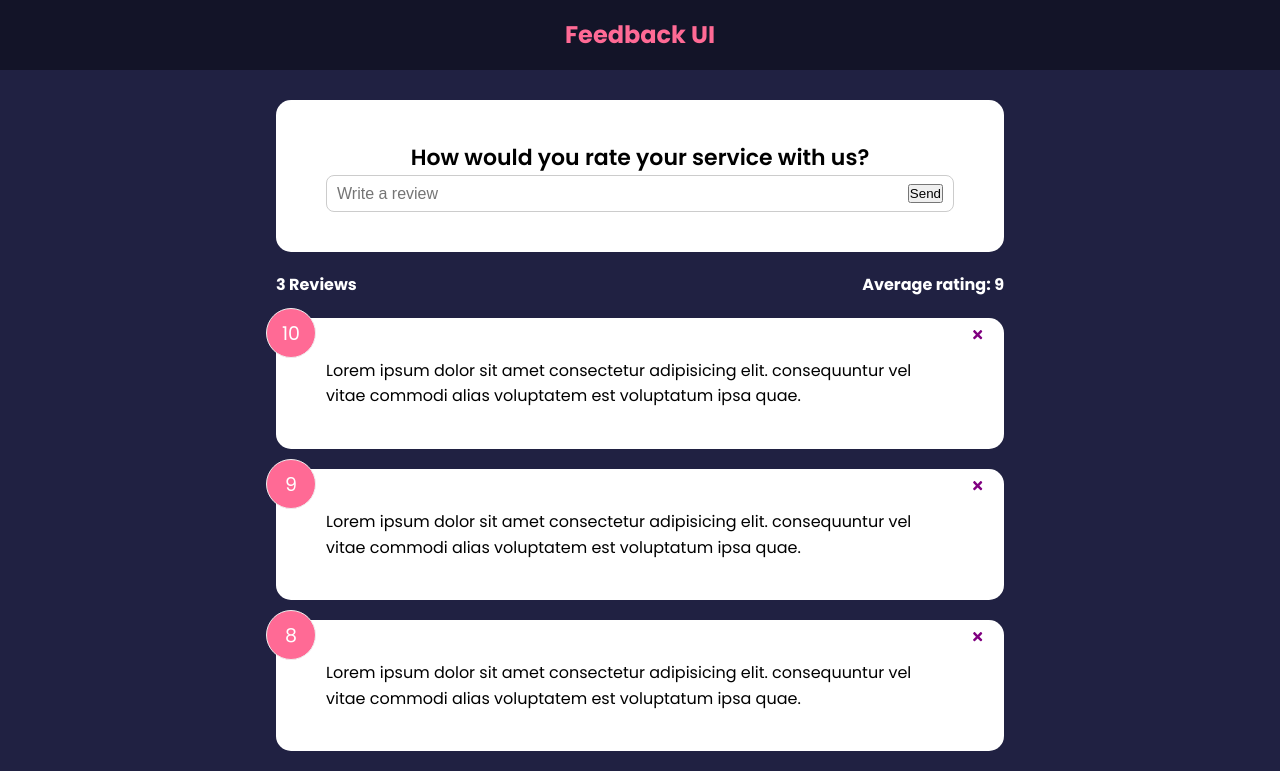
Repository: ErminiaDev/Feedback-app
Page: /
The author's editor kept a copy of each file at every save. The page is drawn from the files as they stood at one save, then again after a run of saves.
The browser window is 1280 px wide. The pictures show the whole page.
The project was rebuilt for these pictures with package versions that can differ from the ones it lists, and the page was loaded fresh each time.

Above is the page before, as saved 2023-02-08 16:26:49.

### public/index.html
<!DOCTYPE html>
<html lang="en">
  <head>
    <meta charset="utf-8" />
    <link rel="icon" href="%PUBLIC_URL%/favicon.ico" />
    <meta name="viewport" content="width=device-width, initial-scale=1" />
    <meta name="theme-color" content="#000000" />
    <meta
      name="description"
      content="Web site created using create-react-app"
    />
    <link rel="apple-touch-icon" href="%PUBLIC_URL%/logo192.png" />
    <link rel="manifest" href="%PUBLIC_URL%/manifest.json" />
    <title>Feedback-app</title>
  </head>
  <body>
    <noscript>You need to enable JavaScript to run this app.</noscript>
    <div id="root"></div>
  </body>
</html>

### src/index.js
import React from 'react'
import ReactDOM from 'react-dom'
import './index.css'
import App from './App'

ReactDOM.render(
	<React.StrictMode>
		<App />
	</React.StrictMode>,
document.getElementById('root')
)

### src/index.css
@import url('https://fonts.googleapis.com/css2?family=Poppins:wght@400;600;700&display=swap');

* {
  box-sizing: border-box;
  margin: 0;
  padding: 0;
}

body {
  font-family: 'Poppins', sans-serif;
  background-color: #202142;
  color: #fff;
  line-height: 1.6;
}

ul {
  list-style: none;
}

.container {
  max-width: 768px;
  margin: auto;
  padding: 0 20px;
}

header {
  height: 70px;
  width: 100%;
  display: flex;
  justify-content: space-between;
  align-items: center;
  margin-bottom: 30px;
}

.card {
  background-color: #fff;
  color: #333;
  border-radius: 15px;
  padding: 40px 50px;
  margin: 20px 0;
  position: relative;
}

.card.reverse {
  background-color: rgba(0, 0, 0, 0.4);
  color: #fff;
}

.card h2 {
  font-size: 22px;
  font-weight: 600;
  text-align: center;
}

.rating {
  display: flex;
  align-items: center;
  justify-content: space-around;
  margin: 30px 0 40px;
}

.rating li,
.num-display {
  position: relative;
  background: #f4f4f4;
  width: 50px;
  height: 50px;
  padding: 10px;
  text-align: center;
  border-radius: 50%;
  font-size: 19px;
  border: 1px #eee solid;
  transition: 0.3s;
}

.rating li label {
  position: absolute;
  top: 50%;
  left: 50%;
  width: 50px;
  height: 50px;
  padding: 10px;
  border-radius: 50%;
  transform: translate(-50%, -50%);
  cursor: pointer;
}

.rating li:hover,
.num-display {
  background: #ff6a95;
  color: #fff;
}

[type='radio'] {
  opacity: 0;
}

[type='radio']:checked ~ label {
  background: #ff6a95;
  color: #fff;
}

.input-group {
  display: flex;
  flex-direction: row;
  border: 1px solid #ccc;
  padding: 8px 10px;
  border-radius: 8px;
}

input {
  flex-grow: 2;
  border: none;
  font-size: 16px;
}

input:focus {
  outline: none;
}

.feedback-stats {
  color: #fff;
  display: flex;
  justify-content: space-between;
  align-items: center;
}

.num-display {
  position: absolute;
  top: -10px;
  left: -10px;
}

.close,
.edit {
  position: absolute;
  top: 10px;
  right: 20px;
  cursor: pointer;
  background: none;
  border: none;
}

.edit {
  right: 40px;
}

.btn {
  color: #fff;
  border: 0;
  border-radius: 8px;
  color: #fff;
  width: 100px;
  height: 40px;
  cursor: pointer;
}

.btn-primary {
  background-color: #202142;
}

.btn-secondary {
  background: #ff6a95;
}

.btn:hover {
  transform: scale(0.98);
  opacity: 0.9;
}

.btn:disabled {
  background-color: #cccccc;
  color: #333;
  cursor: auto;
}

.btn:disabled:hover {
  transform: scale(1);
  opacity: 1;
}

.message {
  padding-top: 10px;
  text-align: center;
  color: rebeccapurple;
}

/* FIX: Remove position: absolute to keep about icon at the bottom of the
 * document */
.about-link {
  display: flex;
  justify-content: flex-end;
}

/* FIX: Remove position: absolute to keep about icon at the bottom of the
 * document */
.about-link a {
  color: #fff;
  cursor: pointer;
}

.about-link a:hover {
  color: #ff6a95;
}

.about h1 {
  margin-bottom: 20px;
}

.about p {
  margin: 10px 0;
}

@media (max-width: 600px) {
  .rating li {
	margin: 10px 3px;
  }

  .rating {
	display: flex;
	align-items: center;
	justify-content: center;
	flex-wrap: wrap;
	margin: 30px 0 40px;
  }

  .input-group input {
	width: 80%;
  }
}

### src/App.js
import { useState } from "react";
import Header from "./components/header";
import FeedbackList from "./components/FeedbackList";
import FeedbackData from "./data/FeedbackData";
import FeedbackStats from "./components/FeedbackStats";
import FeedbackForm from "./components/FeedbackForm";

function App() {
	const [feedback, setFeedback] = useState(FeedbackData)

	const deleteFeedback = (id) => {
		if(window.confirm('Are you sure you want to delete?'))
		setFeedback(feedback.filter((item) => item.id !== id))
	}

	return (
		<>
			<Header />
			<div className="container">
				<FeedbackForm />
				<FeedbackStats feedback={feedback}/>
				<FeedbackList
				feedback={feedback}
				handleDelete={deleteFeedback}
				/>
			</div>
		</>

	)
}

export default App;

### src/components/header.jsx
import PropTypes from 'prop-types'

const Header = ({ text, bgColor, textColor }) => {
	const headerStyles = {
		backgroundColor: bgColor,
		color: textColor
	}

	return (
		<header style={headerStyles}>
			<div className="container">
				<h2>{text}</h2>
			</div>
		</header>
	)
}

Header.defaultProps = {
	text: 'Feedback UI',
	bgColor: 'rgba(0,0,0,0.4)',
	textColor: '#ff6a95',
}

Header.propTypes = {
	text: PropTypes.string,
	bgColor: PropTypes.string,
	textColor: PropTypes.string,
}

export default Header

### src/components/FeedbackList.jsx
import PropTypes from 'prop-types'
import FeedbackItem from "./FeedbackItem"

const FeedbackList = ({ feedback, handleDelete }) => {
	if (!feedback || feedback.length === 0) {
		return <p>No Feedback Yet</p>
	}

	return (
		<div classname='feedback-list'>
			{feedback.map((item) => (
				<FeedbackItem
				key={item.id}
				item={item}
				handleDelete={handleDelete}
				/>
			))}
		</div>
	)
}

FeedbackList.propTypes = {
	feedback: PropTypes.arrayOf(
		PropTypes.shape({
			id: PropTypes.number.isRequired,
			text: PropTypes.string.isRequired,
			rating: PropTypes.number.isRequired,
		})
	)
}

export default FeedbackList

### src/data/FeedbackData.js
const FeedbackData = [
  {
	id: 1,
	rating: 10,
	text: 'Lorem ipsum dolor sit amet consectetur adipisicing elit. consequuntur vel vitae commodi alias voluptatem est voluptatum ipsa quae.',
  },
  {
	id: 2,
	rating: 9,
	text: 'Lorem ipsum dolor sit amet consectetur adipisicing elit. consequuntur vel vitae commodi alias voluptatem est voluptatum ipsa quae.',
  },
  {
	id: 3,
	rating: 8,
	text: 'Lorem ipsum dolor sit amet consectetur adipisicing elit. consequuntur vel vitae commodi alias voluptatem est voluptatum ipsa quae.',
  },
]

export default FeedbackData;

### src/components/FeedbackStats.jsx
import PropTypes from 'prop-types'
import { FaPaintBrush } from 'react-icons/fa'

const FeedbackStats = ({ feedback }) => {
  	//Calculates rating average
	//reduce() loops through the array and has 2 args, the accumulator and current
	//starts with the specified num and adds current value, etc basically returning a sum of all el
	let average = feedback.reduce((acc, cur) => {
		return acc + cur.rating
	}, 0) / feedback.length

	//1 decimal but not displaying .0
	average = average.toFixed(1).replace(/[.,]0$/, '')

  	return (
		<div className="feedback-stats">
			<h4>{feedback.length} Reviews</h4>
			<h4>Average rating: {isNaN(average) ? 0 : average}</h4>
		</div>
  	)
}

FeedbackStats.propTypes = {
	feedback: PropTypes.array.isRequired,
}


export default FeedbackStats

### src/components/FeedbackForm.jsx

import Card from './shared/Card'
import Button from './shared/Button'
import { useState } from 'react'
import PropTypes from 'prop-types'

const FeedbackForm = props => {
	const [text, setText] = useState("")

	const handleTextChange = (e) => {
		setText(e.target.value)
	}

  	return (
		<Card>
			<form>
				<h2>How would you rate your service with us?</h2>
				{/* @todo - rating select component */}
				<div className="input-group">
					<input
					onChange={handleTextChange}
					type="text"
					placeholder="Write a review"
					value={text}
					/>
					<button type="submit">Send</button>
				</div>
			</form>
		</Card>
  	)
}

FeedbackForm.propTypes = {}

export default FeedbackForm

### src/components/FeedbackItem.jsx
import { FaTimes } from 'react-icons/fa'
import PropTypes from 'prop-types'
import Card from "./shared/Card"

const FeedbackItem = ({ item, handleDelete }) => {

	return (
		<Card>
			<div className="num-display">{item.rating}</div>
			<button onClick={() => handleDelete(item.id)} className="close">
				<FaTimes color="purple" />
			</button>
			<div className="text-display">{item.text}</div>
		</Card>
	)
}

FeedbackItem.propTypes = {
	item: PropTypes.object.isRequired,
}

export default FeedbackItem

### src/components/shared/Card.jsx
import PropTypes from 'prop-types'

const Card = ({ children, reverse }) => {
	return (
		<div>
			<div className="card"
				style={{
					backgroundColor: reverse ? 'rgba(0,0,0,0.4)' : '#fff', color: reverse ? '#fff' : '#000',
				}}
			>
				{children}
			</div>
		</div>
	)
}

Card.defaultProps = {
	reverse: false,
}

Card.propTypes = {
	children: PropTypes.node.isRequired,
	reverse: PropTypes.bool,
}

export default Card

### src/components/shared/Button.jsx
import React from 'react'
import PropTypes from 'prop-types'

const Button = ({ children, type, isDisabled, version }) => {
  return (
	<button
	type={type}
	disabled={isDisabled}
	className={`btn btn-${version}`}
	>
		{children}
	</button>
  )
}

Button.defaultProps = {
	version: "primary",
	type: "button",
	isDisabled: false
}

Button.propTypes = {
	children: PropTypes.node.isRequired,
	version: PropTypes.string,
	type: PropTypes.string,
	isDisabled: PropTypes.bool,
}

export default Button

After the next 3 saves:
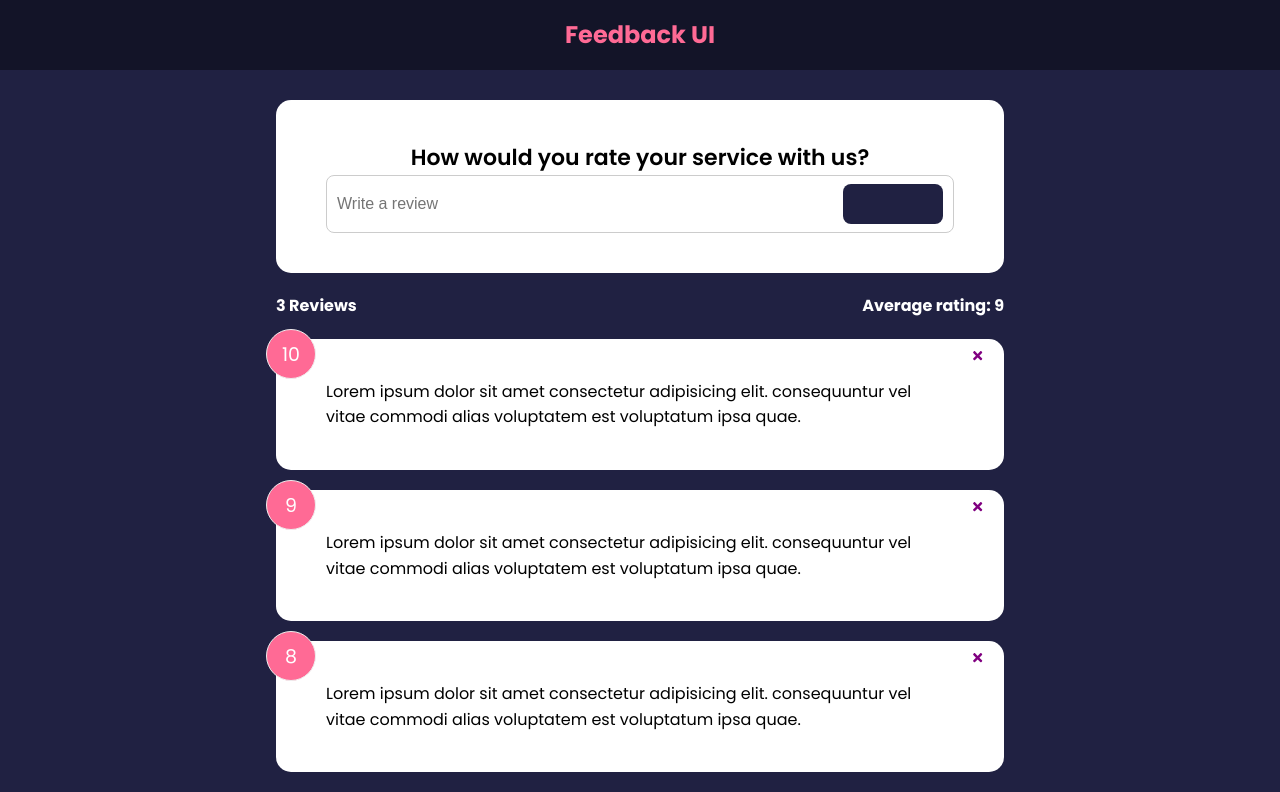
The 3 saves are shown as one change because they came seconds apart.
The last was saved 9 s later.
--- a/src/components/FeedbackForm.jsx
+++ b/src/components/FeedbackForm.jsx
@@ -23,8 +23,7 @@ const FeedbackForm = props => {
 					placeholder="Write a review"
 					value={text}
 					/>
-					<button type="submit">Send</button>
-				</div>
+<Button></Button>				</div>
 			</form>
 		</Card>
   	)
